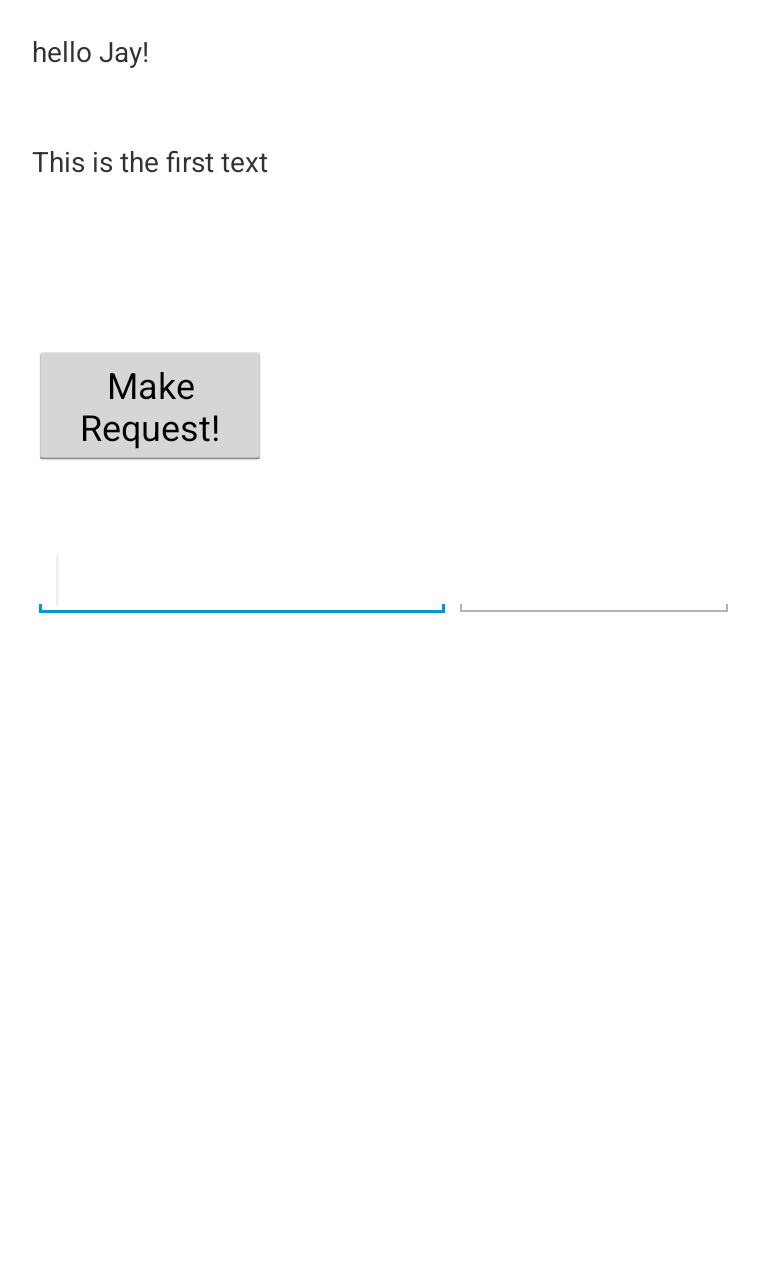
Repository: jay-silesh/ImFree
Layout: Frontend/Android_app/ImFree/res/layout/activity_main.xml
These files come from the project's save history. The layout is drawn as it stood at one moment and after the next save; the edit follows.
It is drawn on a 768 x 1280 px phone screen (xhdpi) without system bars, with theme AppTheme; the app's code is not run.

Above is the layout before, as saved 2013-08-28 02:27:24.

After the next save:
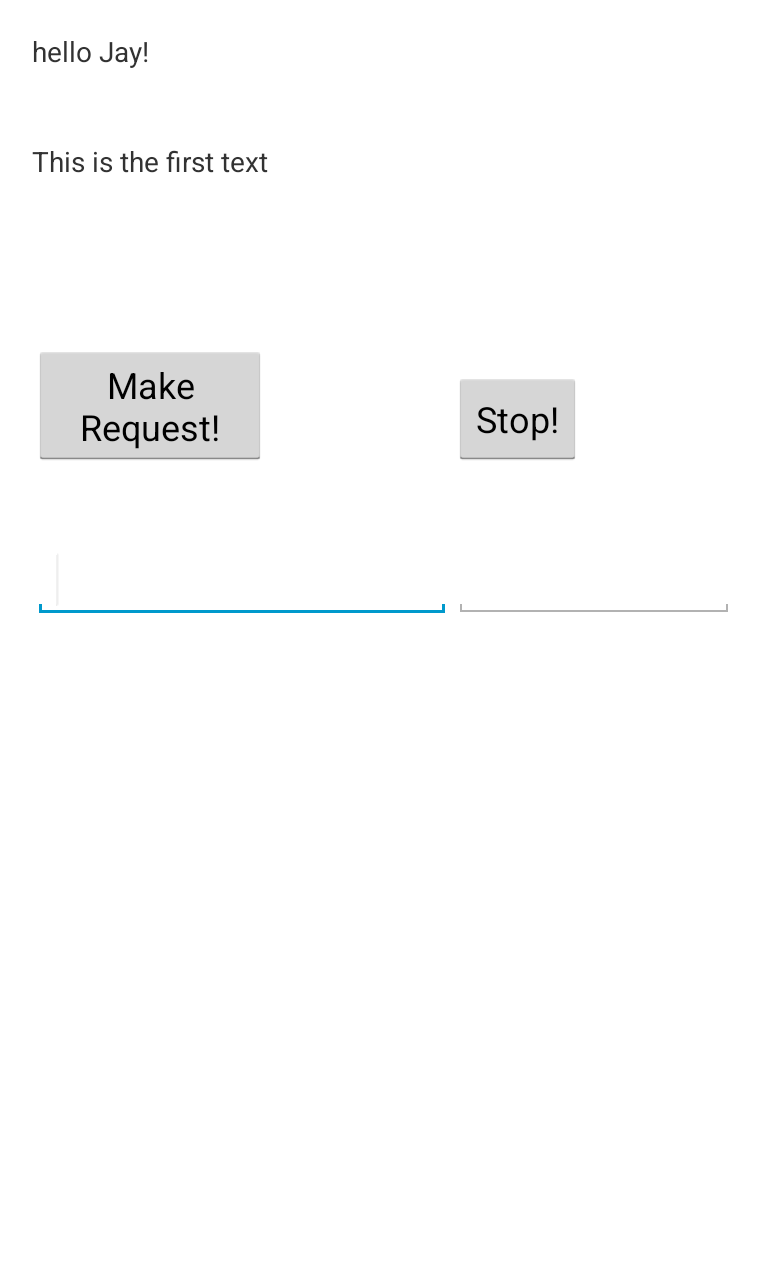
Saved 7 min 34 s later.
--- a/Frontend/Android_app/ImFree/res/layout/activity_main.xml
+++ b/Frontend/Android_app/ImFree/res/layout/activity_main.xml
@@ -53,4 +53,12 @@
         android:ems="10"
         android:inputType="number" />
 
+    <Button
+        android:id="@+id/button2"
+        android:layout_width="wrap_content"
+        android:layout_height="wrap_content"
+        android:layout_above="@+id/editText1"
+        android:layout_alignLeft="@+id/editText2"
+        android:text="Stop!" />
+
 </RelativeLayout>
